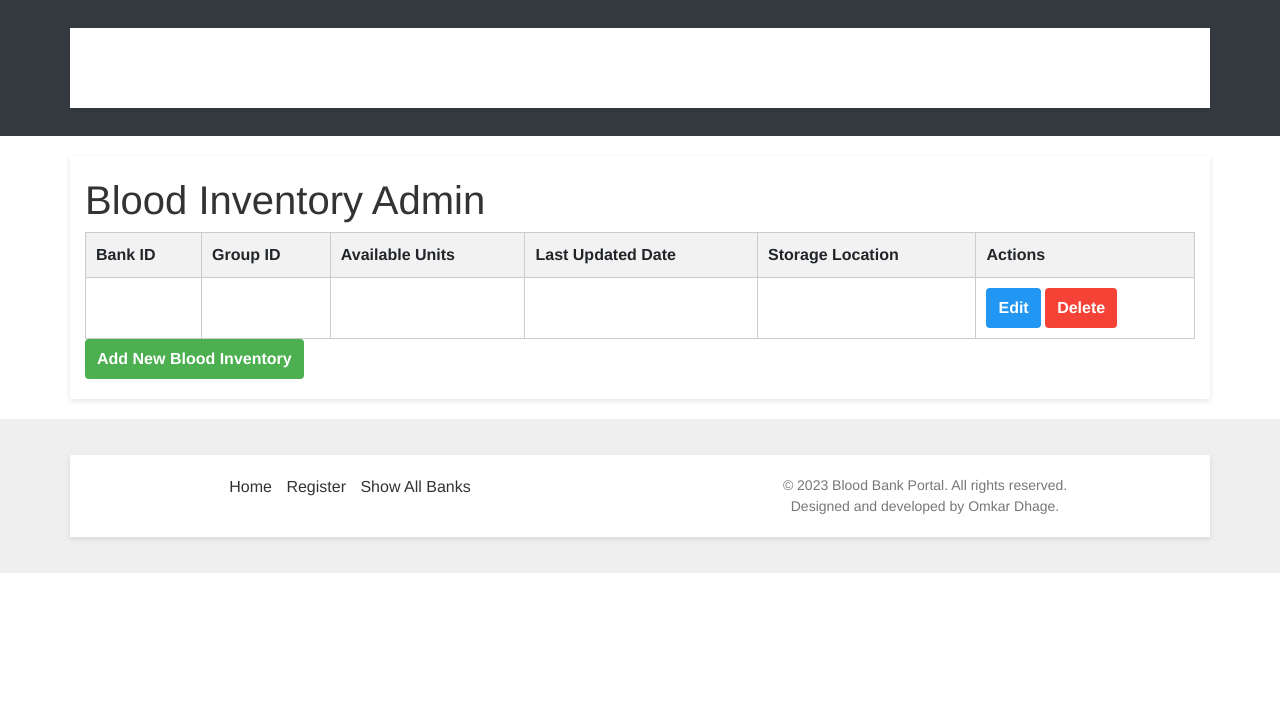
Repository: omi4535/Decentralized_Blood_Bank_System
Page: http://localhost/blood_bank_system/admin_page.jsp
An editor plug-in stored every save of this project. The page is shown before and after the next save, followed by the edit.
The browser window is 1280 px wide. The pictures show the whole page.
Some web libraries are served in a nearby version. The page is served by Tomcat 9. Other server files are loaded and not shown. The template is opened directly, without the code that normally fills it, so the values that code supplies are empty.

Above is the page before, as saved 2023-07-05 17:33:26.

### blood bank system/src/main/webapp/admin_page.jsp
<%@ page language="java" contentType="text/html; charset=UTF-8"
    pageEncoding="UTF-8"%>
<!DOCTYPE html>
<html>
<head>
    <title>Blood Inventory Admin</title>
    <style>
        body {
            font-family: Arial, sans-serif;
            background-color: #f5f5f5;
            margin: 0;
            padding: 0;
        }

        .container {
            max-width: 800px;
            margin: 20px auto;
            padding: 20px;
            background-color: #fff;
            box-shadow: 0 2px 5px rgba(0, 0, 0, 0.1);
        }

        h1 {
            color: #333;
            margin-bottom: 20px;
        }

        table {
            width: 100%;
            border-collapse: collapse;
        }

        th, td {
            padding: 10px;
            border: 1px solid #ccc;
        }

        th {
            background-color: #f2f2f2;
            text-align: left;
        }

        .button {
            display: inline-block;
            padding: 8px 12px;
            background-color: #4caf50;
            color: #fff;
            border: none;
            border-radius: 4px;
            cursor: pointer;
            font-weight: bold;
        }

        .button:hover {
            background-color: #45a049;
        }

        .button-red {
            background-color: #f44336;
        }

        .button-red:hover {
            background-color: #d32f2f;
        }

        .button-blue {
            background-color: #2196f3;
        }

        .button-blue:hover {
            background-color: #1976d2;
        }


        .containe {
            max-width: 600px;
            margin: 30px auto;
            padding: 20px;
            background-color: #fff;


            border: 1px solid #ccc;
            border-radius: 4px;
            box-shadow: 0 0 10px rgba(0, 0, 0, 0.1);
        }
    </style>
</head>
<body>
 <%@ include file="NavBar.jsp"  %>

     <div class="container">
        <h1>Blood Inventory Admin</h1>
        <table>
            <tr>
                <th>Bank ID</th>
                <th>Group ID</th>
                <th>Available Units</th>
                <th>Last Updated Date</th>
                <th>Storage Location</th>
                <th>Actions</th>
            </tr>
            <c:forEach items="${bloodInventoryList}" var="bloodInventory">
                <tr>
                    <td>${bloodInventory.bankId}</td>
                    <td>${bloodInventory.groupId}</td>
                    <td>${bloodInventory.availableUnits}</td>
                    <td>${bloodInventory.lastUpdatedDate}</td>
                    <td>${bloodInventory.storageLocation}</td>
                    <td>
                        <button class="button button-blue">Edit</button>
                        <button class="button button-red">Delete</button>
                    </td>
                </tr>
            </c:forEach>
        </table>
        <button class="button">Add New Blood Inventory</button>
    </div>
     <%@ include file="footer.jsp"  %>

</body>
</html>

### blood bank system/src/main/webapp/NavBar.jsp
<%@ page language="java" contentType="text/html; charset=UTF-8"
    pageEncoding="UTF-8"%>

<!DOCTYPE html>
<html>
<head>
    <meta charset="UTF-8">
    <meta name="viewport" content="width=device-width, initial-scale=1.0">
    <title>Blood Bank Portal</title>
    <link rel="stylesheet" href="https://maxcdn.bootstrapcdn.com/bootstrap/4.5.2/css/bootstrap.min.css">
    <style>
        .navbar {
    background-color: #333;
    color: #fff;
    display: flex;
    justify-content: space-between;
    align-items: center;
    padding: 10px;
  }

  .navbar ul {
    list-style-type: none;
    margin: 0;
    padding: 0;
    display: flex;
  }

  .navbar ul li {
    margin-right: 15px;
  }

  .navbar ul li a {
    color: #fff;
    text-decoration: none;
  }

  .navbar ul li a:hover {
    text-decoration: underline;
  }

    </style>
</head>
<body>
    <nav class="navbar navbar-expand-lg navbar-dark bg-dark">
        <div class="container">
            <a class="navbar-brand" href="index.jsp">Blood Bank Portal</a>
            <button class="navbar-toggler" type="button" data-toggle="collapse" data-target="#navbarNav" aria-controls="navbarNav" aria-expanded="false" aria-label="Toggle navigation">
                <span class="navbar-toggler-icon"></span>
            </button>
            <div class="collapse navbar-collapse" id="navbarNav">
                <ul class="navbar-nav ml-auto">
                    <li class="nav-item">
                        <a class="nav-link" href="index.jsp">Home</a>
                    </li>
                      <li class="nav-item">
                        <a class="nav-link" href="blood_groups_info.jsp">Blood Related Info</a>
                    </li>
                    <li class="nav-item">
                        <a class="nav-link" href="registration.jsp">Register</a>
                    </li>
                    <li class="nav-item">
                        <a class="nav-link" href="banks">Show All Banks</a>
                    </li>
                </ul>

            </div>
        </div>
    </nav>

</body>
</html>

### blood bank system/src/main/webapp/footer.jsp
<%@ page language="java" contentType="text/html; charset=UTF-8"
	pageEncoding="UTF-8"%>
<!DOCTYPE html>
<html lang="en">
<head>
<meta charset="UTF-8">
<meta name="viewport" content="width=device-width, initial-scale=1.0">
<title>Blood Bank Portal</title>
<link rel="stylesheet"
	href="https://maxcdn.bootstrapcdn.com/bootstrap/4.5.2/css/bootstrap.min.css">
<style>

*,
*:before,
*:after {
  -webkit-box-sizing: border-box;
  -moz-box-sizing:    border-box;
  box-sizing:         border-box;
}

html {
  height: 100%;
}

body {
  position: relative;
  margin: 0;
  padding-bottom: 4rem;
  min-height: 100%;
  font-family: "Helvetica Neue", Arial, sans-serif;
}

.footer {
	background-color: #f8f9fa;
	padding: 20px;
	position: relative;
	right: 0;
	bottom: 0;
	left: 0;
	padding: 1rem;
	background-color: #efefef;
	text-align: center;
}

.footer-links a {
	color: #333;
	margin-right: 10px;
}

.footer-info {
	color: #777;
	font-size: 14px;
}
</style>
</head>
<body>


	<footer class="footer">
		<div class="container">
			<div class="row">
				<div class="col-md-6">
					<div class="footer-links">
						<a href="index.jsp">Home</a>
						<a href="registration.jsp">Register</a>
						<a href="All_banks.jsp">Show All Banks</a>
					</div>
				</div>
				<div class="col-md-6">
					<div class="footer-info">
						&copy; 2023 Blood Bank Portal. All rights reserved. <br>
						Designed and developed by Omkar Dhage.
					</div>
				</div>
			</div>
		</div>
	</footer>

	<script src="https://code.jquery.com/jquery-3.5.1.slim.min.js"></script>
	<script
		src="https://cdn.jsdelivr.net/npm/@popperjs/core@1.16.0/dist/umd/popper.min.js"></script>
	<script
		src="https://maxcdn.bootstrapcdn.com/bootstrap/4.5.2/js/bootstrap.min.js"></script>
</body>
</html>

After the next save:
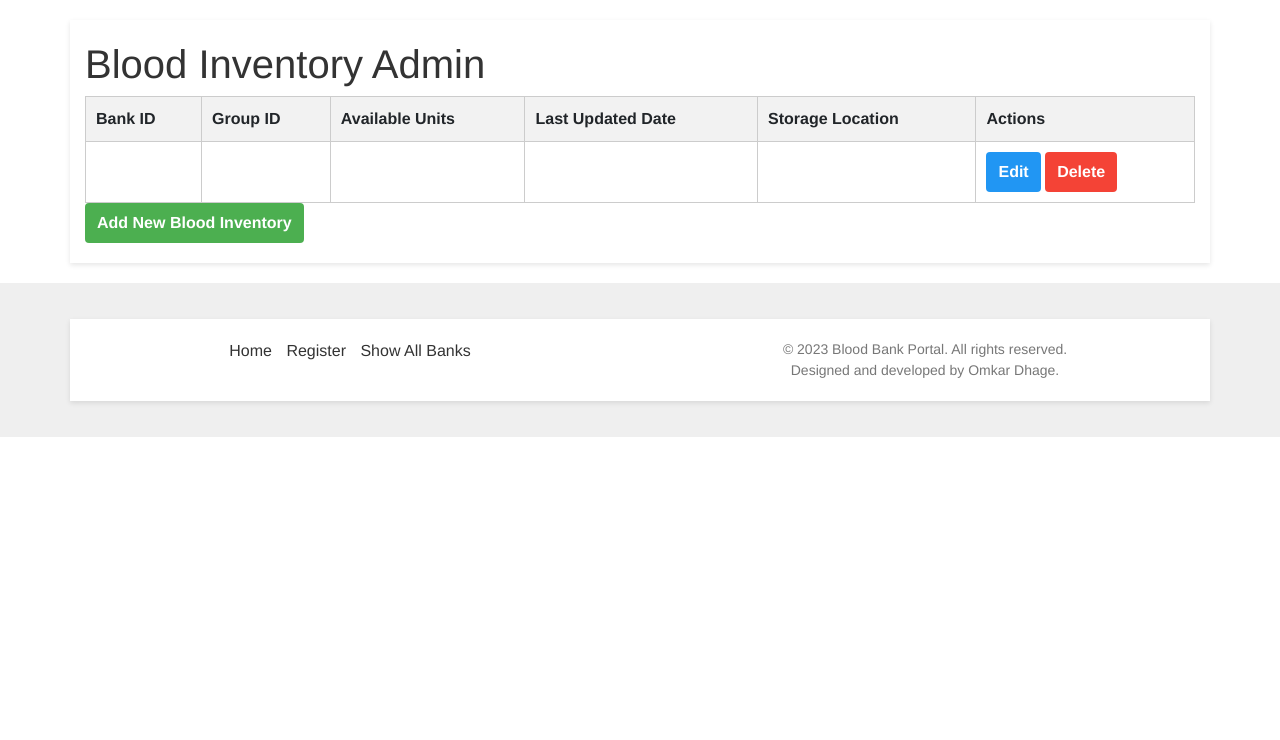
Saved 14 s later.
--- a/blood bank system/src/main/webapp/admin_page.jsp
+++ b/blood bank system/src/main/webapp/admin_page.jsp
@@ -86,7 +86,7 @@
     </style>
 </head>
 <body>
- <%@ include file="NavBar.jsp"  %>
+
 
      <div class="container">
         <h1>Blood Inventory Admin</h1>
